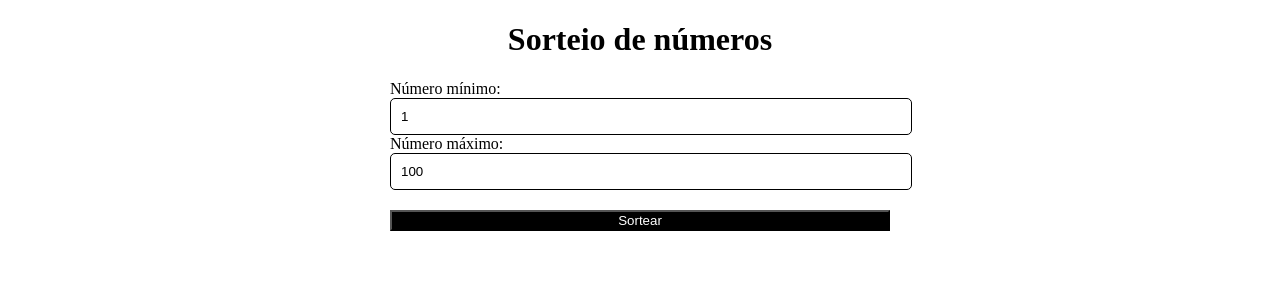
Repository: Matheus904-12/sorte
Page: sorteio-numeros.html
These files come from the project's save history. The page is drawn as it stood at one moment and after the next save; the edit follows.
The browser window is 1280 px wide. The pictures show the whole page.

Above is the page before, as saved 2023-09-10 11:26:51.

### sorteio-numeros.html
<!DOCTYPE html>
<html lang="pt-br">
<head>
  <meta charset="UTF-8">
  <title>Sorteio de números</title>
</head>
<body>
  <div class="container">
    <h1>Sorteio de números</h1>
    <div class="range">
      <label for="min">Número mínimo:</label>
      <input type="number" id="min" value="1">
      <label for="max">Número máximo:</label>
      <input type="number" id="max" value="100">
    </div>
    <button id="sortear">Sortear</button>
    <div id="resultado"></div>
  </div>

  <style>
    .container {
      width: 100%;
      max-width: 500px;
      margin: 0 auto;
    }

    h1 {
      font-size: 2em;
      text-align: center;
    }

    .range {
      margin-top: 20px;
    }

    input {
      width: 100%;
      padding: 10px;
      border: 1px solid #000;
      border-radius: 5px;
    }

    button {
      width: 100%;
      margin-top: 20px;
      background-color: #000;
      color: #fff;
      text-decoration: none;
      cursor: pointer;
    }

    div.resultado {
      margin-top: 20px;
      text-align: center;
    }
  </style>
  <script>
    // Função para sortear um número entre dois valores
    function sortear(min, max) {
      // Gera um número aleatório entre os dois valores
      var numero = Math.floor(Math.random() * (max - min + 1)) + min;

      // Exibe o número sorteado
      document.querySelector("#resultado").innerHTML = numero;
    }

    // Evento para o botão de sorteio
    document.querySelector("#sortear").addEventListener("click", function() {
      // Obtém os valores dos campos de entrada
      var min = parseInt(document.querySelector("#min").value);
      var max = parseInt(document.querySelector("#max").value);

      // Sorteia o número
      sortear(min, max);
    });
  </script>
</body>
</html>

After the next save:
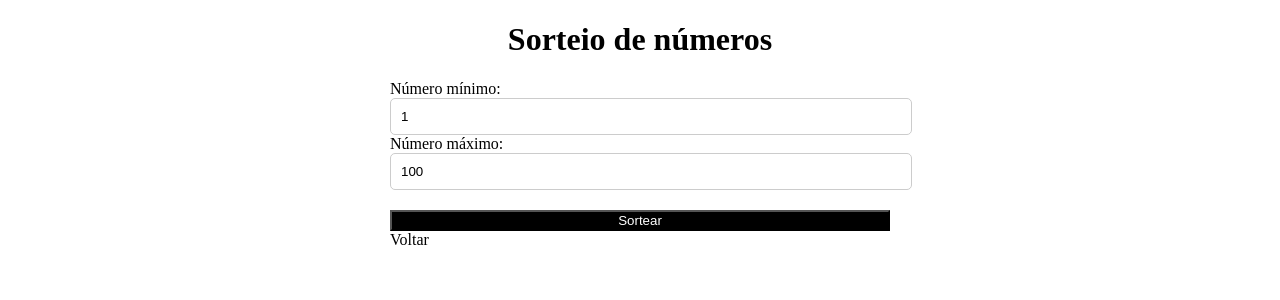
Saved 5 min 29 s later.
--- a/sorteio-numeros.html
+++ b/sorteio-numeros.html
@@ -6,15 +6,16 @@
 </head>
 <body>
   <div class="container">
-    <h1>Sorteio de números</h1>
+    <h1 class="text-center">Sorteio de números</h1>
     <div class="range">
       <label for="min">Número mínimo:</label>
-      <input type="number" id="min" value="1">
+      <input type="number" id="min" value="1" class="form-control">
       <label for="max">Número máximo:</label>
-      <input type="number" id="max" value="100">
+      <input type="number" id="max" value="100" class="form-control">
     </div>
-    <button id="sortear">Sortear</button>
-    <div id="resultado"></div>
+    <button id="sortear" class="btn btn-primary">Sortear</button>
+    <div id="resultado" class="text-center"></div>
+    <a href="index.html" class="btn btn-secondary">Voltar</a>
   </div>
 
   <style>
@@ -36,7 +37,7 @@
     input {
       width: 100%;
       padding: 10px;
-      border: 1px solid #000;
+      border: 1px solid #ccc;
       border-radius: 5px;
     }
 
@@ -52,6 +53,15 @@
     div.resultado {
       margin-top: 20px;
       text-align: center;
+    }
+
+    a {
+      color: #000;
+      text-decoration: none;
+    }
+
+    a:hover {
+      text-decoration: underline;
     }
   </style>
   <script>
